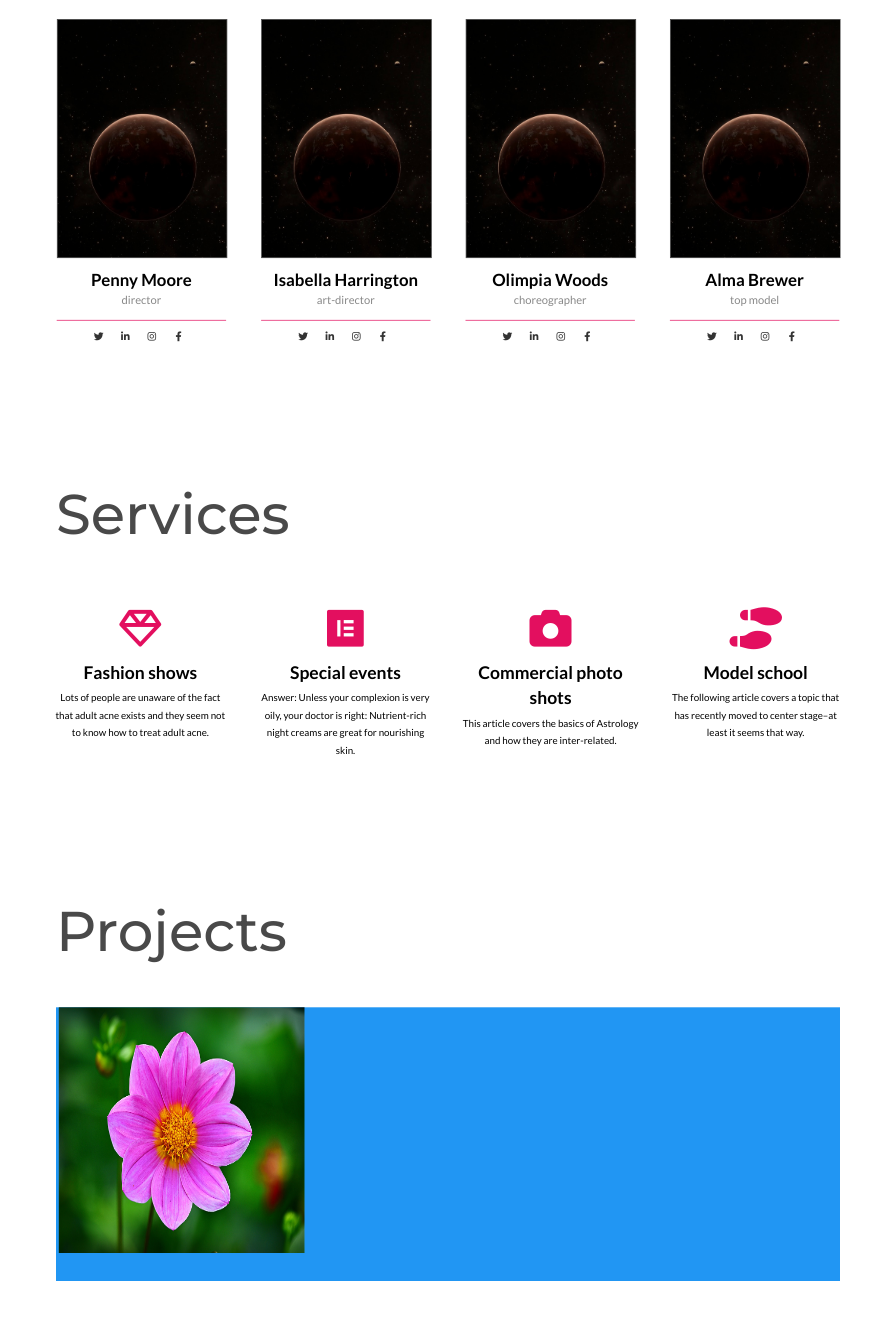
Repository: soniaarefin/cosmo
Page: index.html
An editor plug-in stored every save of this project. The page is shown before and after the next save, followed by the edit.
The browser window is 1280 px wide. The pictures show the part of the page from y = 1400 to 3320 px (the page is 3320 px tall), at 70% of full size.

Above is the page before, as saved 2021-11-09 22:37:27.

After the next save:
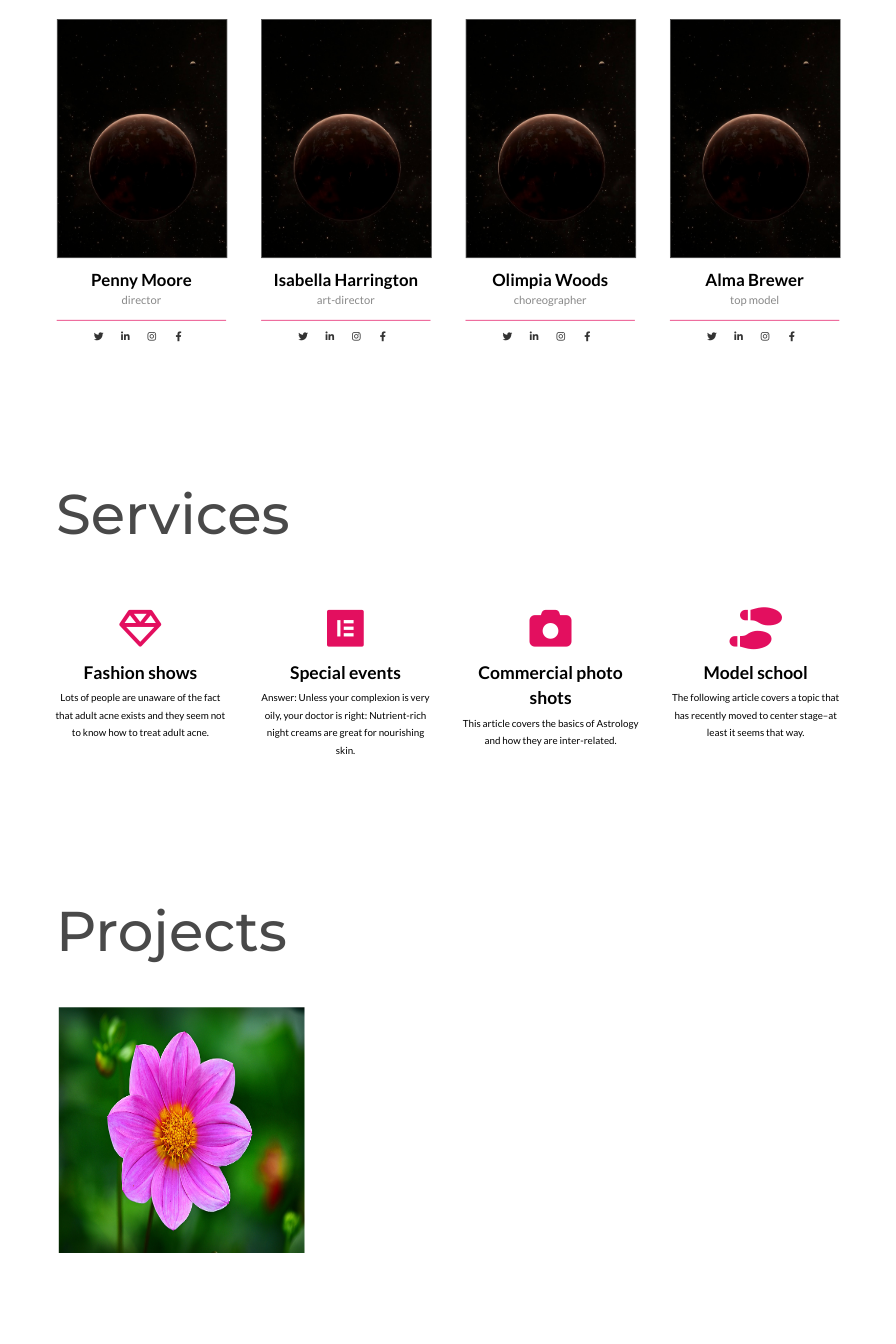
Saved 23 s later.
--- a/assets/css/style.css
+++ b/assets/css/style.css
@@ -419,7 +419,7 @@ section{
     display: grid;
     grid-gap: 50px 100px;
     grid-template-columns: 32% auto auto;
-    background-color: #2196F3;
+    /* background-color: #2196F3; */
     /* padding: 10px; */
 }
 .projects-grid_item {
